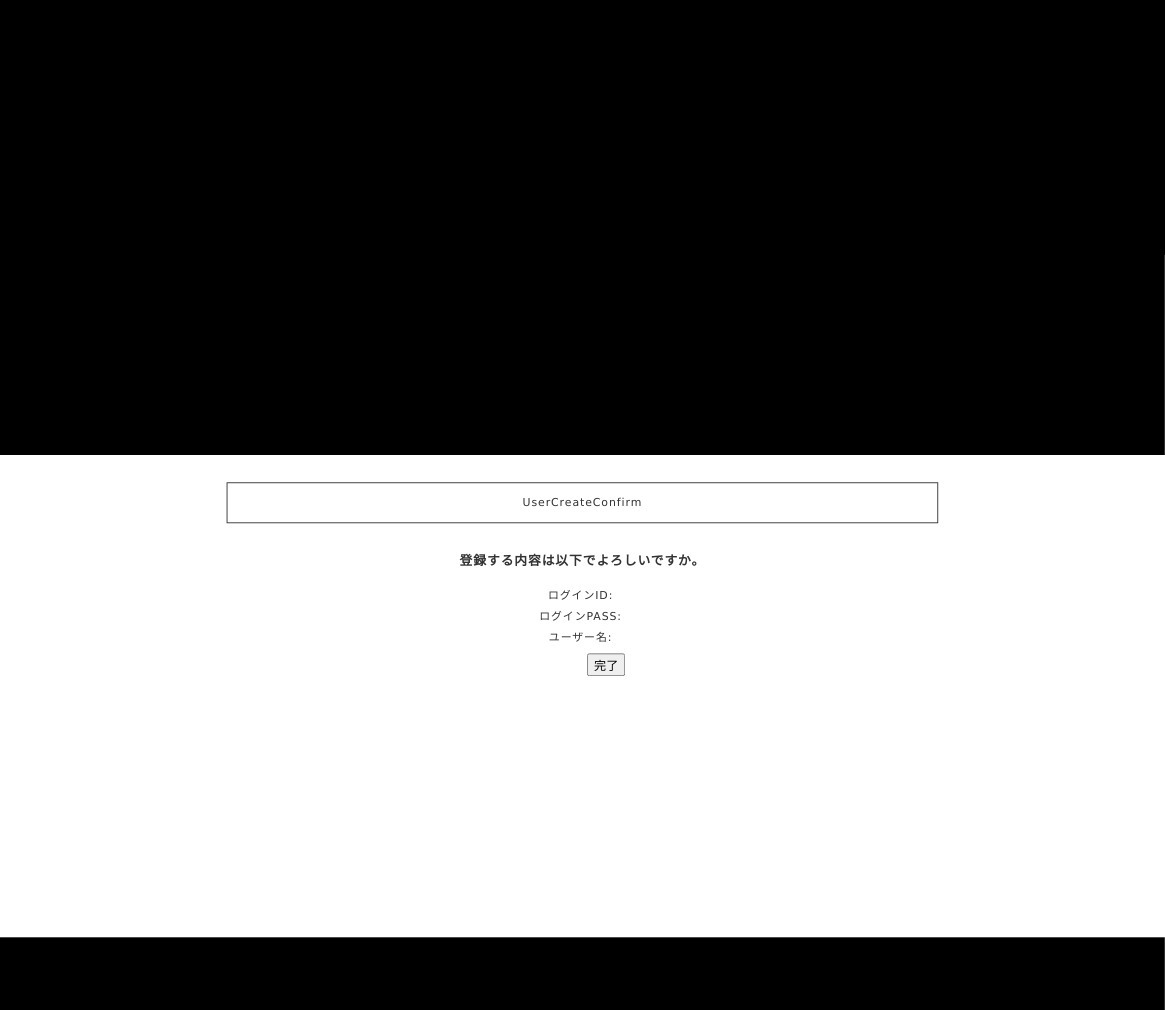
Repository: Eu-kr2018/test
Page: http://localhost/template/userCreateConfirm.jsp
The author's editor kept a copy of each file at every save. The page is drawn from the files as they stood at one save, then again after the next save.
The browser window is 1280 px wide. The pictures show the whole page, at 91% of full size.
The page is served by Tomcat 9.

Above is the page before, as saved 2018-08-29 10:02:10.

After the next save:
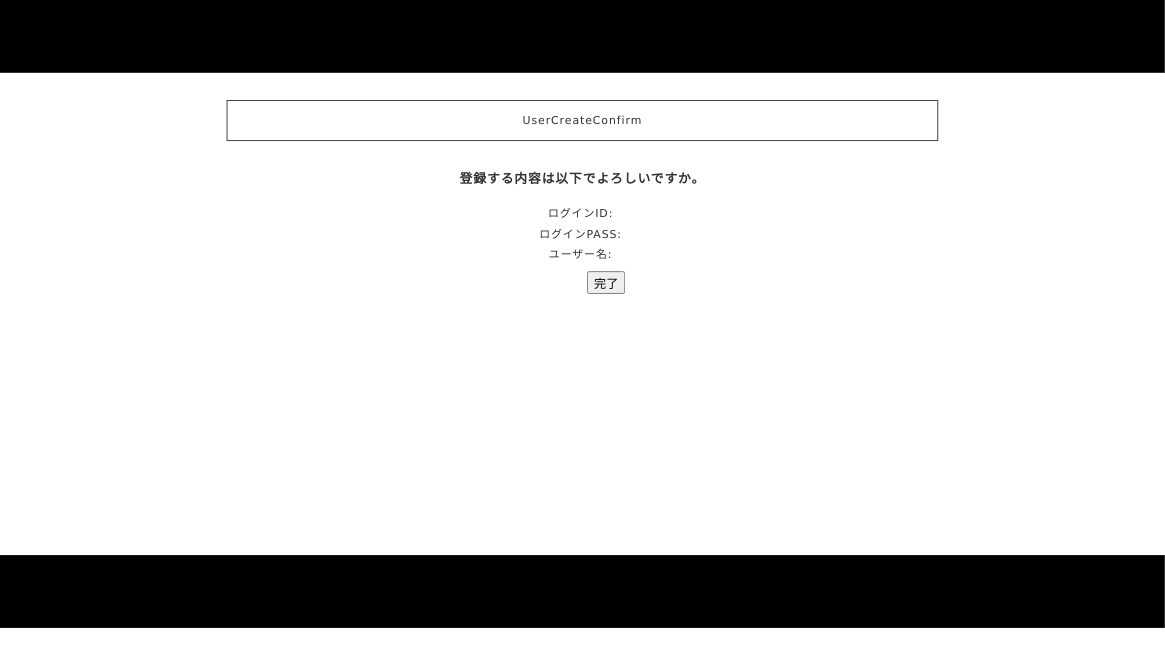
Saved 3 min 57 s later.
--- a/template/WebContent/userCreateConfirm.jsp
+++ b/template/WebContent/userCreateConfirm.jsp
@@ -4,12 +4,12 @@
 <!DOCTYPE html>
 <html>
 	<head>
-		<meta http-equiv="Content-Type" content="text/html; charset=utf-8">
+		<meta http-equiv="Content-Type" content="text/html; charset=utf-8"/>
 		<meta http-equiv="Content-Style-Type" content="text/css"/>
 		<meta http-equiv="Content-Script-Type" content="text/javascript"/>
 		<meta http-equiv="imagetoolbar" content="no"/>
-		<meta http-equiv="description" content=""/>
-		<meta http-equiv="keywords" content=""/>
+		<meta name="description" content=""/>
+		<meta name="keywords" content=""/>
 		<title>UserCreateConfirm画面</title>
 		<style type="text/css">
 		/*===========TAG LAYOUT==========*/
@@ -37,7 +37,7 @@
 
 		#header{
 			width:100%;
-			height:500px;
+			height:80px;
 			background-color:black;
 		}
 
